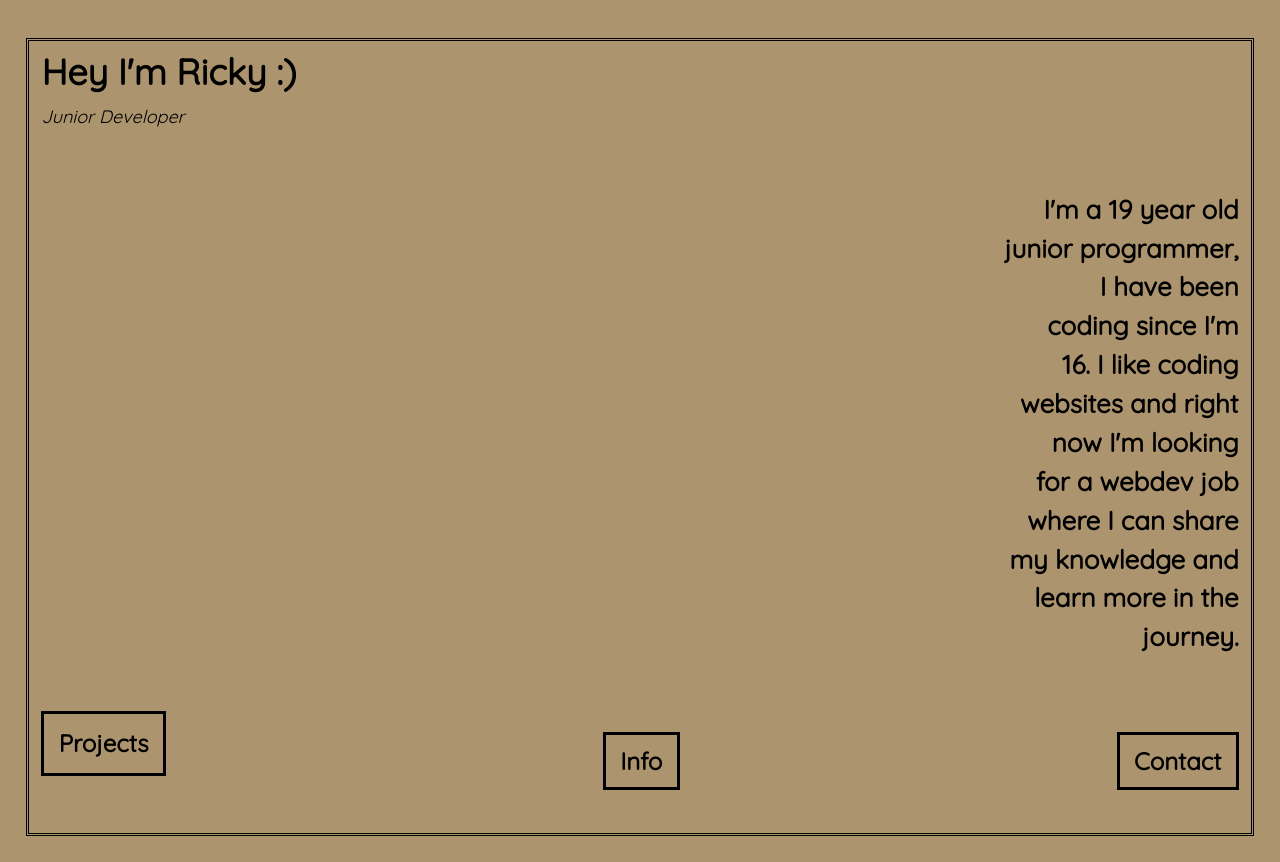
Repository: rickypcyt/ricky-react-portfolio
Page: /
An editor plug-in stored every save of this project. The page is shown before and after a run of saves, followed by the edit.
The browser window is 1280 px wide. The pictures show the whole page.
The project was rebuilt for these pictures with package versions that can differ from the ones it lists, and the page was loaded fresh each time. Also part of the build but not shown: src/pages/Info.js, src/pages/Projects.js, src/pages/Contact.js, src/pages/WebMural.js, src/pages/NotesJS.js.

Above is the page before, as saved 2022-09-12 15:11:14.

After the next 3 saves:
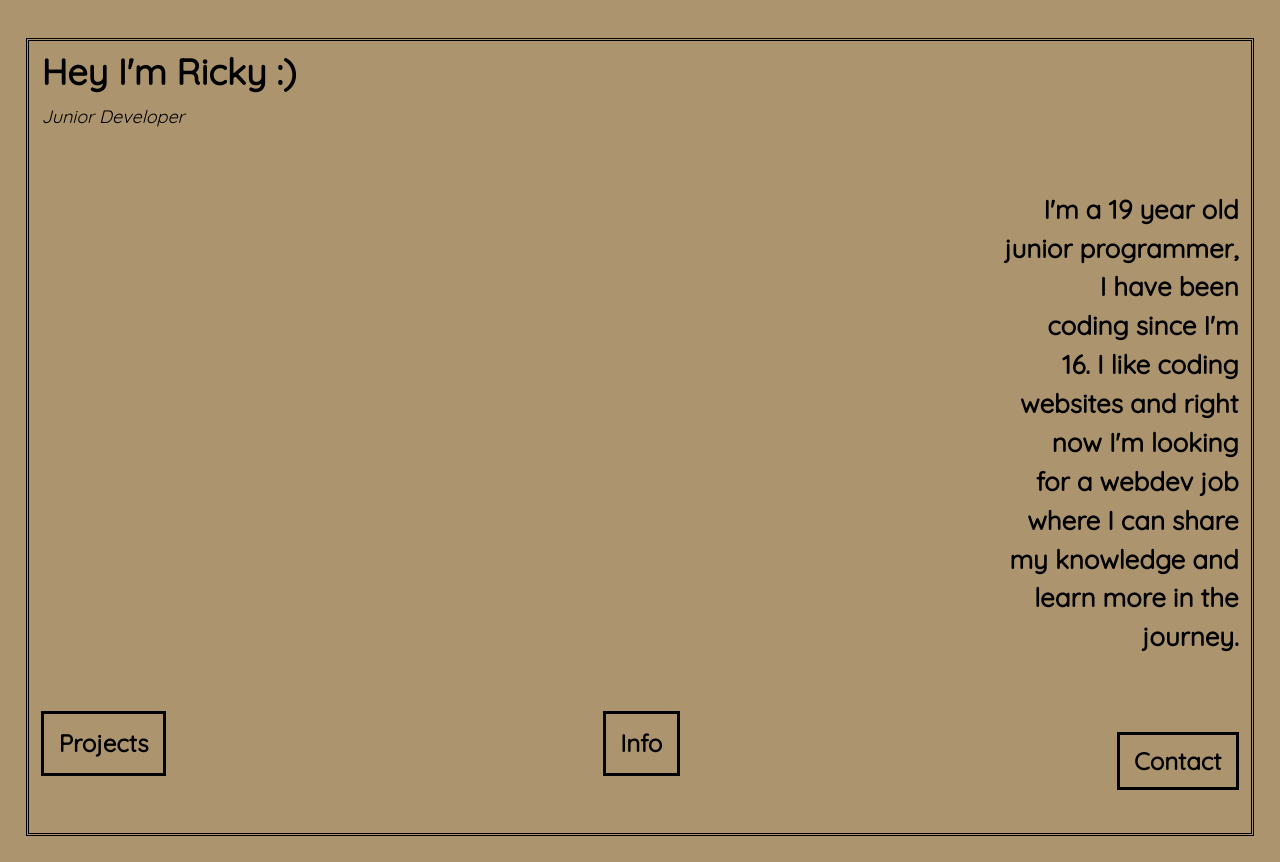
The 3 saves are shown as one change because they came seconds apart.
The last was saved 23 s later.
--- a/src/Content.js
+++ b/src/Content.js
@@ -34,8 +34,10 @@ export default function Content() {
                   Projects
                 </CustomLink>
               </div>
-              <div className="oli">
-                <CustomLink to="info">Info</CustomLink>
+              <div>
+                <CustomLink to="info" className="oli">
+                  Info
+                </CustomLink>
               </div>
               <div className="oli">
                 <CustomLink to="contact">Contact</CustomLink>
